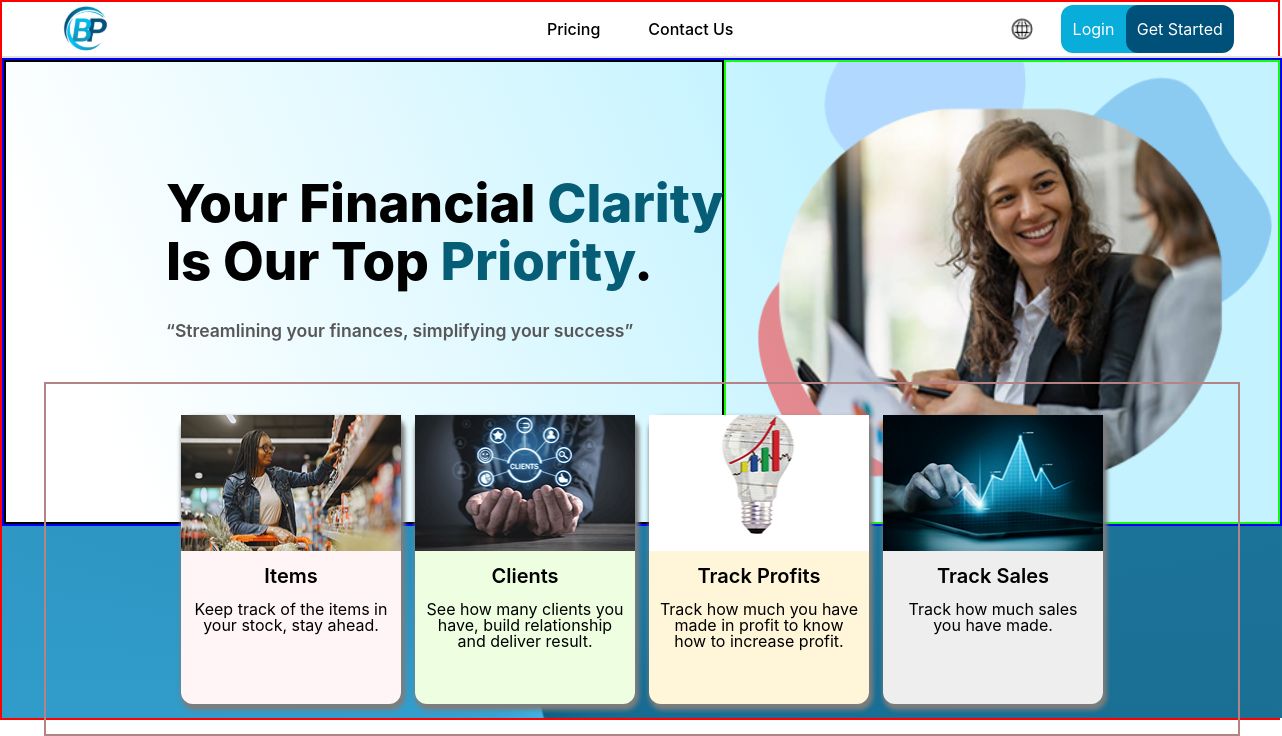
Repository: dark-txch/Bizpadi
Page: /
The author's editor kept a copy of each file at every save. The page is drawn from the files as they stood at one save, then again after the next save.
The browser window is 1280 px wide. The page is 1282 px wide, so the pictures cover 1282 px, including what lies to the right of the window. The pictures show the whole page.
The project was rebuilt for these pictures with package versions that can differ from the ones it lists, and the page was loaded fresh each time. Also part of the build but not shown: vite.config.js, src/components/ErrorBoundary.jsx, src/components/LandingPage/PricingPage/Pricing.jsx, src/components/LandingPage/LogInPage/LogIn.jsx.

Above is the page before, as saved 2025-04-07 10:14:29.

After the next save:
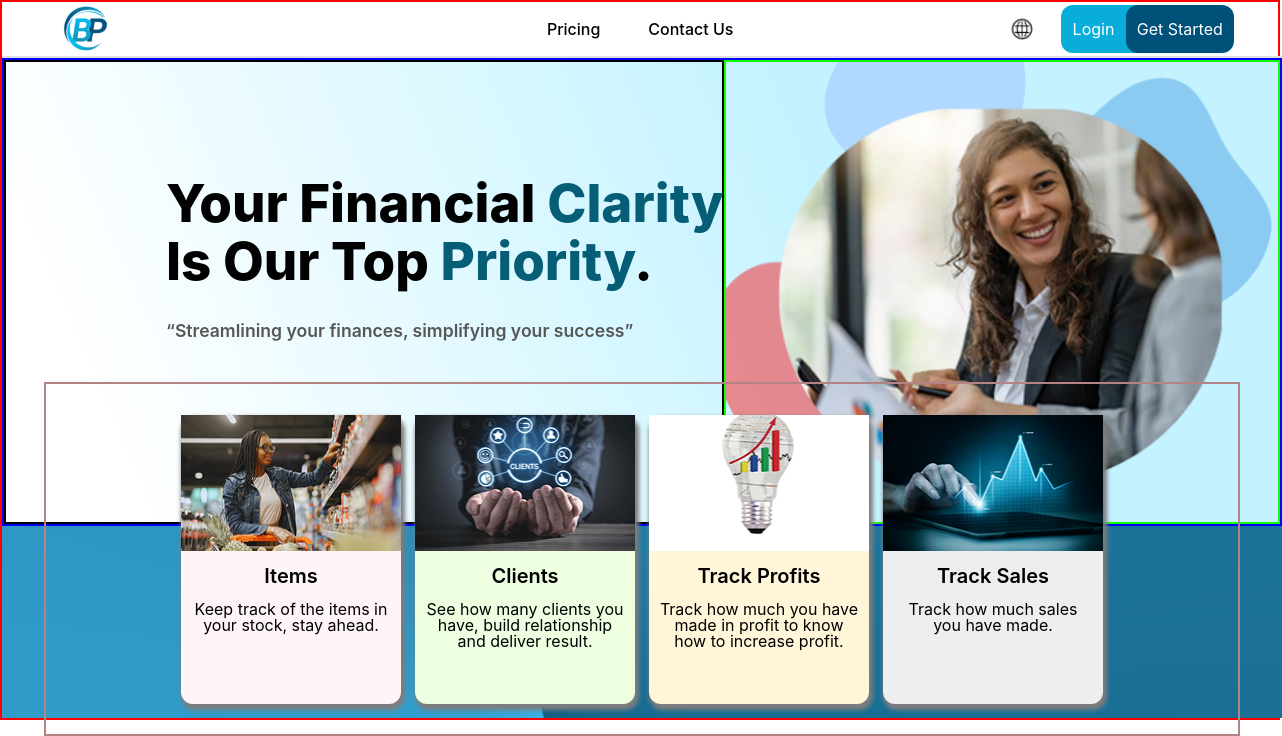
Saved 7 s later.
--- a/src/App.css
+++ b/src/App.css
@@ -197,7 +197,7 @@
 	/* height: 153px; */
 	height: 14rem;
 	width: 152px;
-	transform: translate(-10rem, 9.5rem) rotate(-15deg);
+	transform: translate(-13rem, 9.5rem) rotate(-15deg);
 
 	/* border: 2px solid green; */
 }
